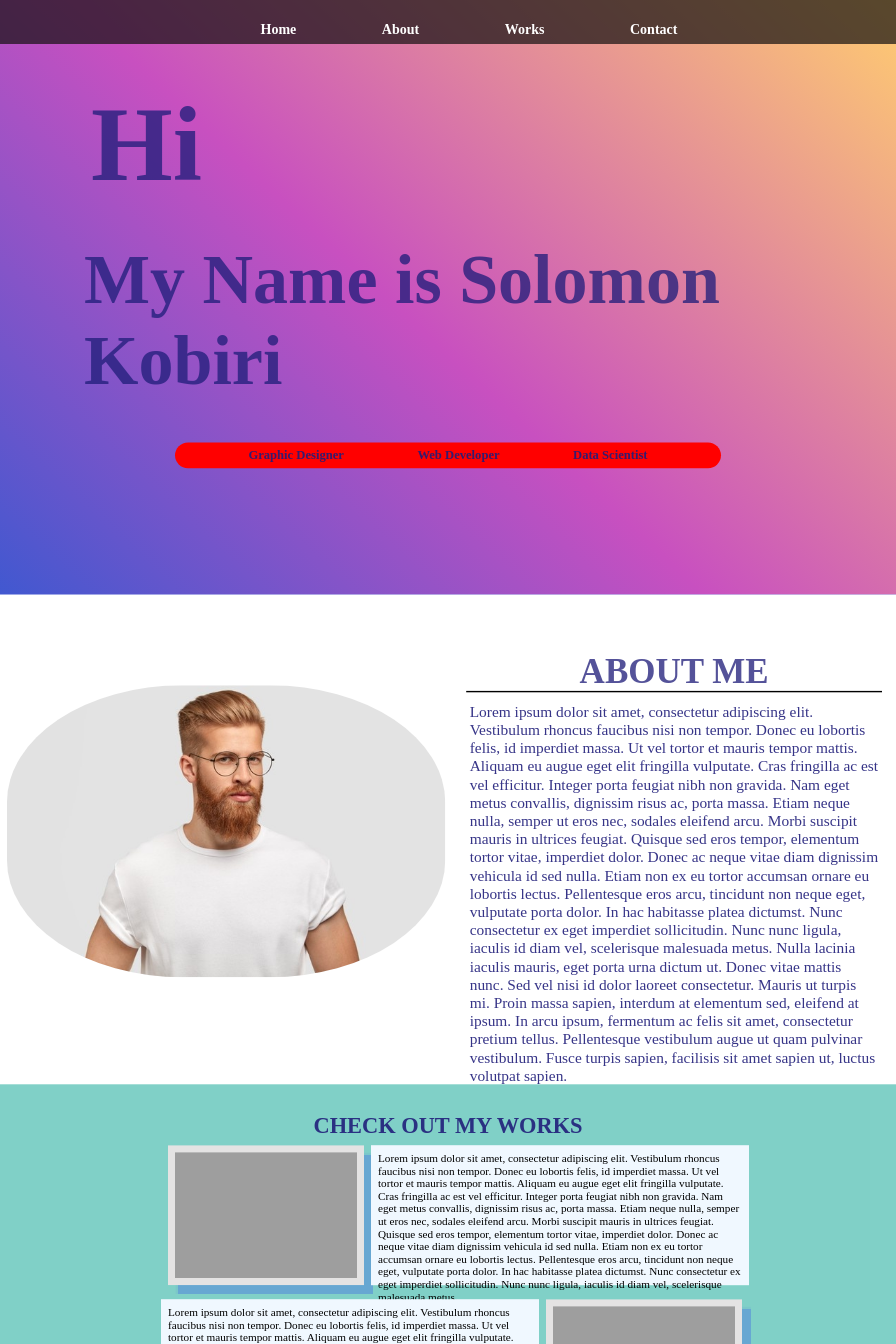
Repository: Kwabena-Kobiri/yellocoders
Page: index.html
These files come from the project's save history. The page is drawn as it stood at one moment and after the next save; the edit follows.
The browser window is 1280 px wide. The pictures show the part of the page from y = 0 to 1920 px (the page is 3346 px tall before and 3330 px after), at 70% of full size.
Pictures or frames that could not be fetched are drawn as grey boxes. Backgrounds fixed to the window are drawn as part of the page.

Above is the page before, as saved 2021-05-12 22:37:51.

After the next save:
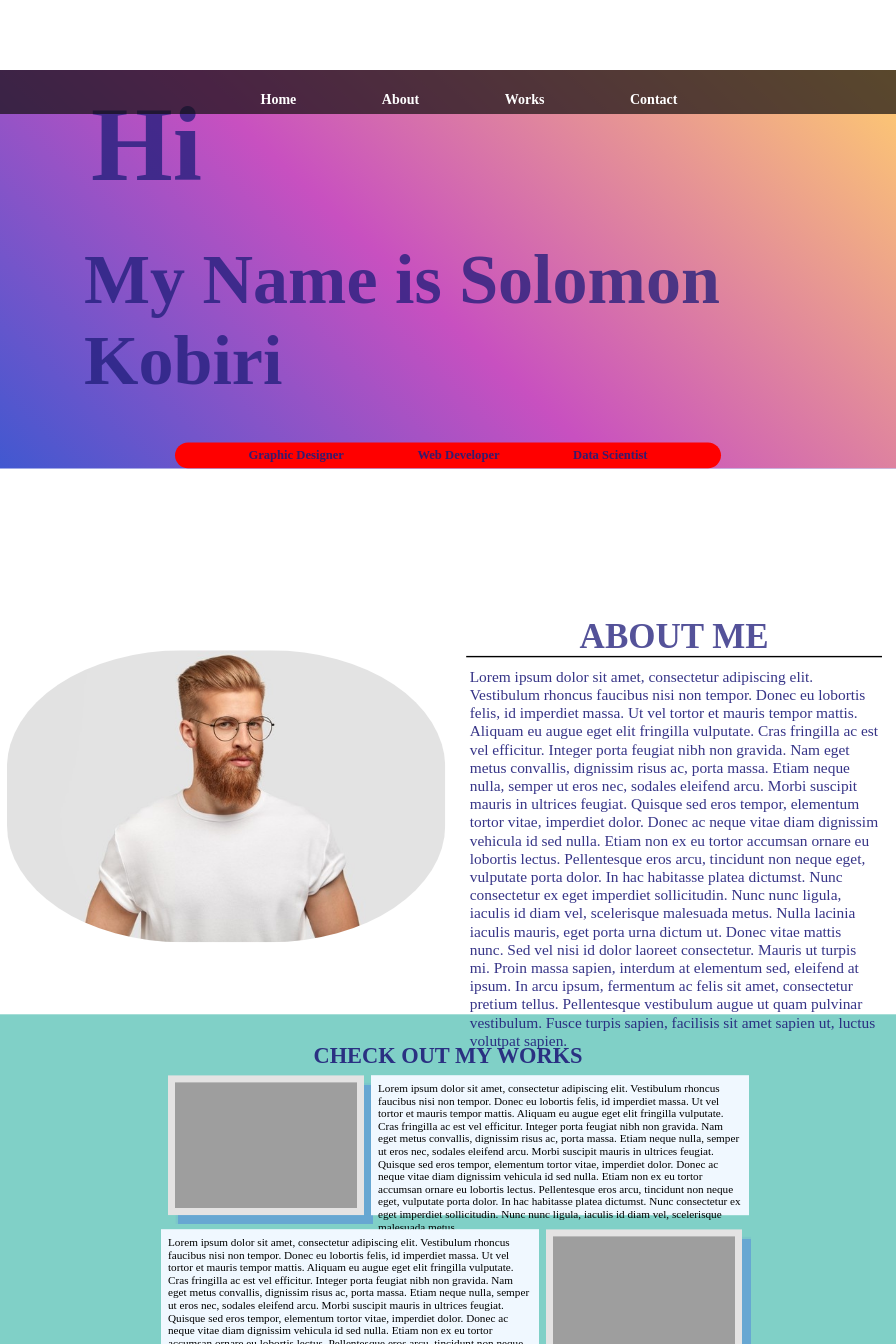
Saved 112 s later.
--- a/index.css
+++ b/index.css
@@ -3,11 +3,11 @@
     margin: 0px;
 }
 
-body {
-    display: flex;           /*Used flexbox on the whole page*/
-    flex-direction: column;
+/* body { */
+    /* display: flex;           Used flexbox on the whole page */
+    /* flex-direction: column; */
     /* position: relative; */
-}
+/* }  */
 
 /* HEADER STYLING STARTS HERE */
 #header {
